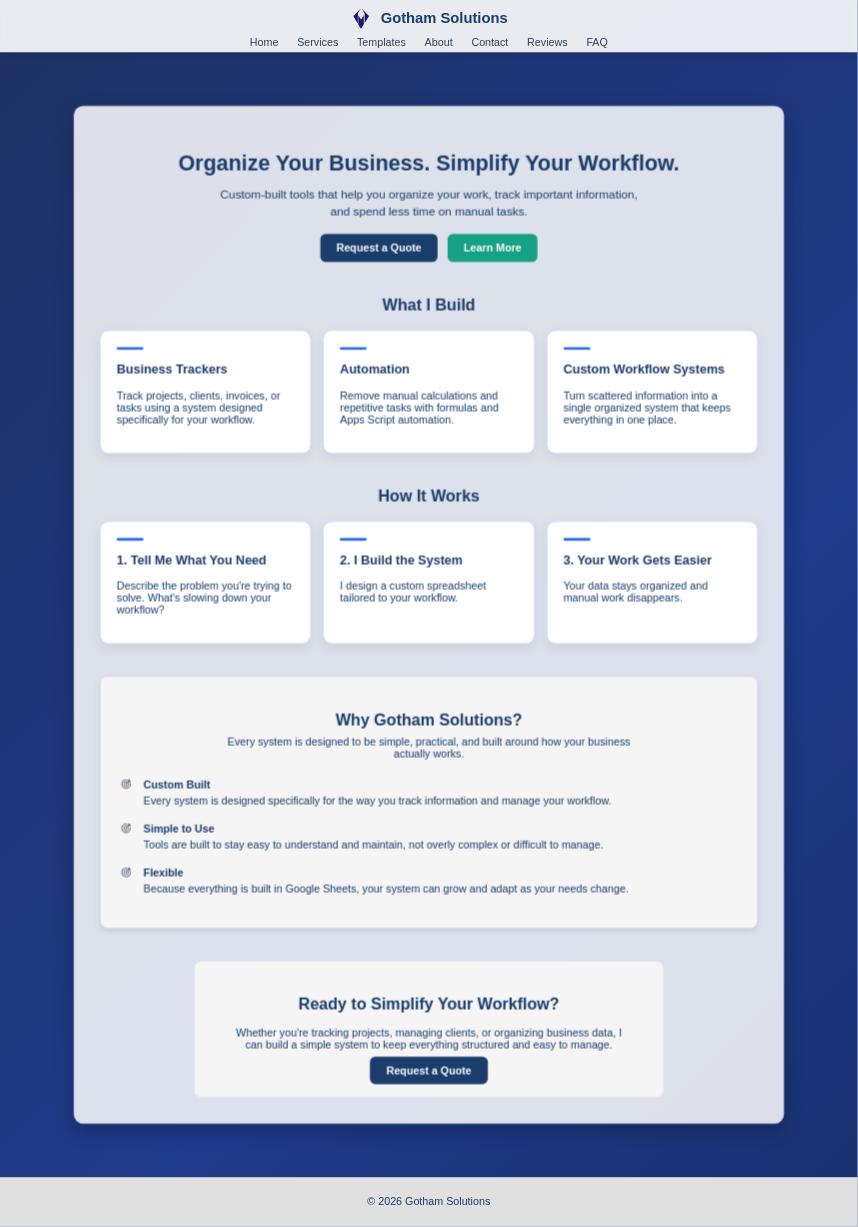
Repository: kmm569/gothamsolutions
Page: index.html
An editor plug-in stored every save of this project. The page is shown before and after the next save, followed by the edit.
The browser window is 1280 px wide. The pictures show the whole page, at 67% of full size.

Above is the page before, as saved 2026-03-13 13:45:31.

After the next save:
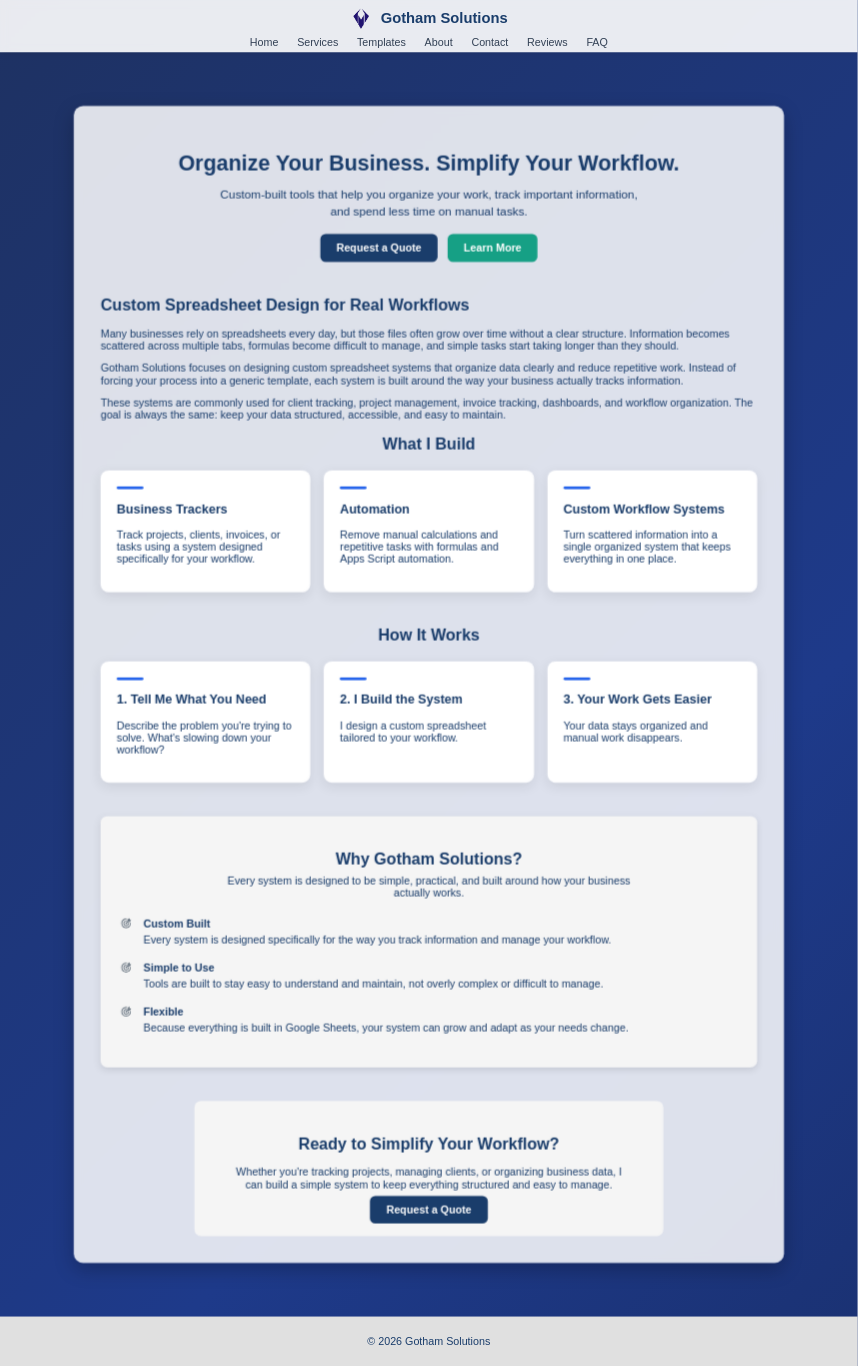
Saved 2 min 39 s later.
--- a/index.html
+++ b/index.html
@@ -124,6 +124,30 @@
 					</div>
 				</section>
 
+				<section class="overview">
+	<h2>Custom Spreadsheet Design for Real Workflows</h2>
+
+	<p>
+		Many businesses rely on spreadsheets every day, but those files often grow
+		over time without a clear structure. Information becomes scattered across
+		multiple tabs, formulas become difficult to manage, and simple tasks start
+		taking longer than they should.
+	</p>
+
+	<p>
+		Gotham Solutions focuses on designing custom spreadsheet systems that
+		organize data clearly and reduce repetitive work. Instead of forcing your
+		process into a generic template, each system is built around the way your
+		business actually tracks information.
+	</p>
+
+	<p>
+		These systems are commonly used for client tracking, project management,
+		invoice tracking, dashboards, and workflow organization. The goal is always
+		the same: keep your data structured, accessible, and easy to maintain.
+	</p>
+</section>
+
 				<section class="services">
 					<h2>What I Build</h2>
 
